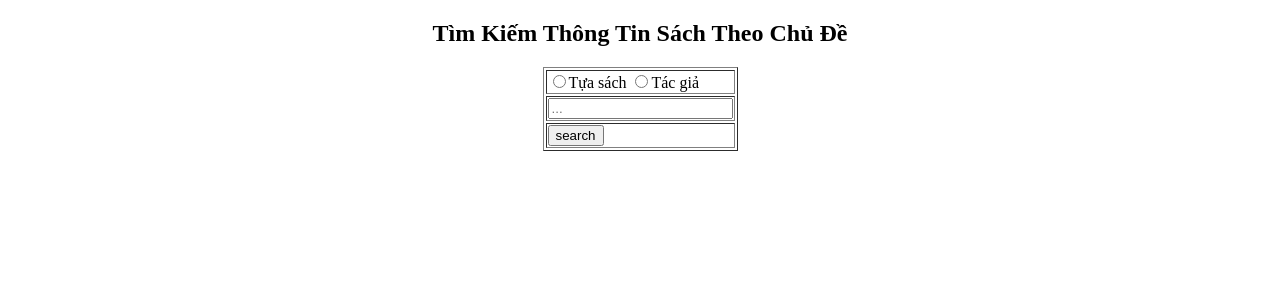
Repository: trangtruc/Java_NangCao
Page: http://localhost/EBookShop/myeshop.jsp
The author's editor kept a copy of each file at every save. The page is drawn from the files as they stood at one save, then again after the next save.
The browser window is 1280 px wide. The pictures show the whole page.
The page is served by Tomcat 9.

Above is the page before, as saved 2017-03-15 02:52:11.

After the next save:
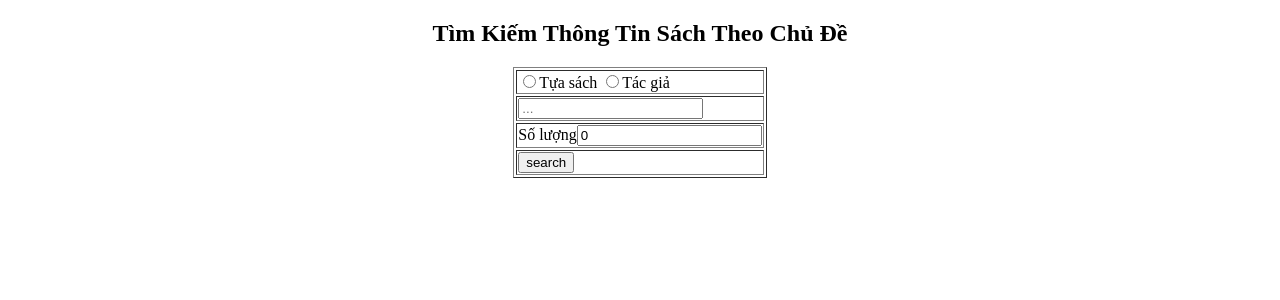
Saved 2 min 19 s later.
--- a/Buoi4/EBookShop/WebContent/myeshop.jsp
+++ b/Buoi4/EBookShop/WebContent/myeshop.jsp
@@ -23,6 +23,11 @@
 		</tr>
 		<tr>
 			<td>
+				Số lượng<input name="soluong" value="0" id="sl" placeholder="..."/>
+			</td>
+		</tr>
+		<tr>
+			<td>
 				<input type="submit" name="action" value="search" />
 
 			</td>
